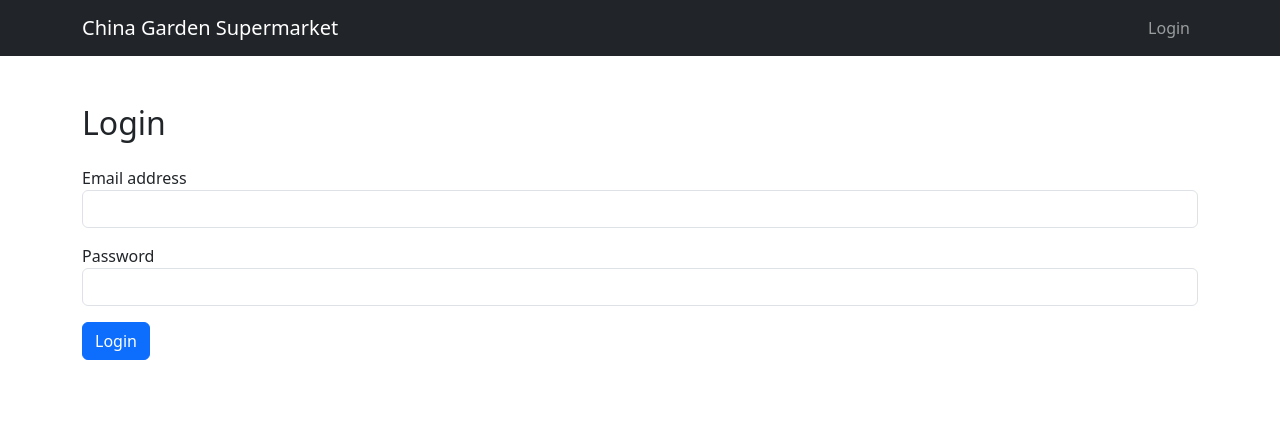
Repository: profbkmurage/soms
Page: /
These files come from the project's save history. The page is drawn as it stood at one moment and after a run of saves; the edit follows.
The browser window is 1280 px wide. The pictures show the whole page.
The page's requests for data from a server got no answer. The project was rebuilt for these pictures with package versions that can differ from the ones it lists, and the page was loaded fresh each time. No one was signed in, and anything a server would have sent is missing. Also part of the build but not shown: vite.config.js, src/components/CreateAccount.jsx, src/pages/settings.jsx, src/services/uploadImage.js, src/components/Product.jsx, src/components/AddStockModal.jsx, src/components/ProductCard.jsx, src/components/ProductList.jsx and 4 more.

Above is the page before, as saved 2025-07-31 14:23:13.

### index.html
<!doctype html>
<html lang="en">
  <head>
    <meta charset="UTF-8" />
    <link rel="icon" type="image/svg+xml" href="/vite.svg" />
    <meta name="viewport" content="width=device-width, initial-scale=1.0" />
    <title>Vite + React</title>
  </head>
  <body>
    <div id="root"></div>
    <script type="module" src="/src/main.jsx"></script>
    <script src="https://cdn.jsdelivr.net/npm/bootstrap@5.3.2/dist/js/bootstrap.bundle.min.js"></script>
  </body>
</html>

### src/main.jsx
import React from 'react'
import ReactDOM from 'react-dom/client'
import App from './App'
import { CartProvider } from './context/CartContext'
import { AuthProvider } from './context/AuthContext' //Import the context
import 'bootstrap/dist/css/bootstrap.min.css'

ReactDOM.createRoot(document.getElementById('root')).render(
  <React.StrictMode>
    <AuthProvider>
      {' '}
      {/*Wrap with AuthProvider */}
      <CartProvider>
        <App />
      </CartProvider>
    </AuthProvider>
  </React.StrictMode>
)

### src/App.jsx
// src/App.jsx
import React, { useEffect, useState } from 'react'
import { BrowserRouter as Router, Routes, Route } from 'react-router-dom'
import { collection, getDocs } from 'firebase/firestore'
import { db } from './firebase/config'

import Login from './pages/Login'
import CreateAccount from './components/CreateAccount'
import Settings from './pages/settings'

import { useAuth } from './context/AuthContext'
import Navbar from './components/Navbar'
import Product from './components/Product'
import ProductList from './components/ProductList'
import Cart from './components/Cart'
import RefundPage from './components/RefundMode'
import ProtectedRoute from './routes/ProtectedRoute'
import PrivateRouteForSuperAdmin from './components/PrivateRouteForSuperAdmin'

const App = () => {
  const [editMode, setEditMode] = useState(false)
  const [addStockMode, setAddStockMode] = useState(false)
  const [superAdmins, setSuperAdmins] = useState([])

  const { currentUser } = useAuth()

  useEffect(() => {
    const fetchSuperAdmins = async () => {
      try {
        const snapshot = await getDocs(collection(db, 'users'))
        const admins = snapshot.docs
          .map(doc => doc.data())
          .filter(user => user.role === 'superadmin')
          .map(user => user.email)
        setSuperAdmins(admins)
      } catch (err) {
        console.error('Error fetching superadmins:', err)
      }
    }

    fetchSuperAdmins()
  }, [])

  const isSuperadmin = currentUser && superAdmins.includes(currentUser.email)

  return (
    <Router>
      <Navbar
        editMode={editMode}
        addStockMode={addStockMode}
        onToggleEdit={() => setEditMode(prev => !prev)}
        onToggleAddStock={() => setAddStockMode(prev => !prev)}
        isSuperadmin={isSuperadmin}
      />

      <Routes>
        <Route
          path='/'
          element={
            <ProtectedRoute>
              <ProductList
                editMode={editMode}
                addStockMode={addStockMode}
                setEditMode={setEditMode}
                setAddStockMode={setAddStockMode}
              />
            </ProtectedRoute>
          }
        />

        <Route
          path='/create-account'
          element={
            <PrivateRouteForSuperAdmin>
              <CreateAccount />
            </PrivateRouteForSuperAdmin>
          }
        />

        <Route
          path='/settings'
          element={
            <PrivateRouteForSuperAdmin>
              <Settings />
            </PrivateRouteForSuperAdmin>
          }
        />

        <Route
          path='/New-Product'
          element={
            <ProtectedRoute>
              <Product />
            </ProtectedRoute>
          }
        />

        <Route
          path='/cart'
          element={
            <ProtectedRoute>
              <Cart />
            </ProtectedRoute>
          }
        />

        <Route
          path='/refund'
          element={
            <ProtectedRoute>
              <RefundPage />
            </ProtectedRoute>
          }
        />

        <Route path='/login' element={<Login />} />
      </Routes>
    </Router>
  )
}

export default App

### src/context/CartContext.jsx
import React, { createContext, useContext, useState, useEffect } from 'react'
import { onAuthStateChanged } from 'firebase/auth'
import { auth } from '../firebase/config'

const CartContext = createContext()

// eslint-disable-next-line react-refresh/only-export-components
export const useCart = () => useContext(CartContext)

export const CartProvider = ({ children }) => {
  const [cartItems, setCartItems] = useState([])

  const addToCart = (product, qty) => {
    const existing = cartItems.find(
      item => item.productId === product.productId
    )

    if (existing) {
      setCartItems(prev =>
        prev.map(item =>
          item.productId === product.productId
            ? { ...item, qty: item.qty + qty }
            : item
        )
      )
    } else {
      setCartItems(prev => [...prev, { ...product, qty }])
    }
  }

  const removeFromCart = productId => {
    setCartItems(prev => prev.filter(item => item.productId !== productId))
  }

  const clearCart = () => setCartItems([])

  // 🔄 Automatically clear cart when user logs out
  useEffect(() => {
    const unsubscribe = onAuthStateChanged(auth, user => {
      if (!user) {
        clearCart()
      }
    })

    return () => unsubscribe()
  }, [])

  return (
    <CartContext.Provider
      value={{ cartItems, addToCart, removeFromCart, clearCart }}
    >
      {children}
    </CartContext.Provider>
  )
}

### src/context/AuthContext.jsx
import React, { createContext, useContext, useEffect, useState } from 'react'
import {
  createUserWithEmailAndPassword,
  signInWithEmailAndPassword,
  signOut,
  onAuthStateChanged
} from 'firebase/auth'
import { auth } from '../firebase/config'

const AuthContext = createContext()

// eslint-disable-next-line react-refresh/only-export-components
export const useAuth = () => useContext(AuthContext)

export const AuthProvider = ({ children }) => {
  const [currentUser, setCurrentUser] = useState(null)
  const [loading, setLoading] = useState(true)

  // Monitor user login/logout state
  useEffect(() => {
    const unsubscribe = onAuthStateChanged(auth, user => {
      setCurrentUser(user)
      setLoading(false)
    })

    return () => unsubscribe()
  }, [])

  // Signup
  const signup = (email, password) =>
    createUserWithEmailAndPassword(auth, email, password)

  // Login
  const login = (email, password) =>
    signInWithEmailAndPassword(auth, email, password)

  // Logout
  const logout = () => signOut(auth)

  const value = {
    currentUser,
    signup,
    login,
    logout
  }

  return (
    <AuthContext.Provider value={value}>
      {!loading && children}
    </AuthContext.Provider>
  )
}

### src/firebase/config.js
// firebase/config.js
import { initializeApp } from 'firebase/app'
import { getFirestore } from 'firebase/firestore'
import { getAuth } from 'firebase/auth'
import { getStorage } from 'firebase/storage'

const firebaseConfig = {
  apiKey: import.meta.env.VITE_FIREBASE_API_KEY,
  authDomain: import.meta.env.VITE_FIREBASE_AUTH_DOMAIN,
  projectId: import.meta.env.VITE_FIREBASE_PROJECT_ID,
  storageBucket: import.meta.env.VITE_FIREBASE_STORAGE_BUCKET,
  messagingSenderId: import.meta.env.VITE_FIREBASE_MESSAGING_SENDER_ID,
  appId: import.meta.env.VITE_FIREBASE_APP_ID
}

const app = initializeApp(firebaseConfig)
const db = getFirestore(app)
const auth = getAuth(app)
const storage = getStorage(app)

export { db, auth, storage }

### src/pages/Login.jsx
import React, { useState } from 'react'
import { useNavigate } from 'react-router-dom'
import { useAuth } from '../context/AuthContext'

const Login = () => {
  const { login } = useAuth()
  const navigate = useNavigate()

  const [email, setEmail] = useState('')
  const [password, setPassword] = useState('')
  const [error, setError] = useState('')

  const handleSubmit = async e => {
    e.preventDefault()
    try {
      await login(email, password)
      navigate('/') // Redirect to homepage after login
    } catch (err) {
      setError('Invalid email or password.')
      alert(err)
    }
  }

  return (
    <div className='container mt-5'>
      <h2 className='mb-4'>Login</h2>
      {error && <div className='alert alert-danger'>{error}</div>}
      <form onSubmit={handleSubmit}>
        <div className='mb-3'>
          <label>Email address</label>
          <input
            type='email'
            className='form-control'
            value={email}
            onChange={e => setEmail(e.target.value)}
            required
          />
        </div>
        <div className='mb-3'>
          <label>Password</label>
          <input
            type='password'
            className='form-control'
            value={password}
            onChange={e => setPassword(e.target.value)}
            required
          />
        </div>
        <button type='submit' className='btn btn-primary'>
          Login
        </button>
      </form>
    </div>
  )
}

export default Login

### src/components/Navbar.jsx
import React, { useState } from 'react'
import { Link, useNavigate } from 'react-router-dom'
import { useAuth } from '../context/AuthContext'
import useSuperAdmin from '../services/useSuperAdmin'
import './Navbar.css' //  Import custom styles here

const Navbar = ({ editMode, addStockMode, onToggleEdit, onToggleAddStock }) => {
  const navigate = useNavigate()
  const { currentUser, logout } = useAuth()
  const { isSuperAdmin } = useSuperAdmin()

  const [isCollapsed, setIsCollapsed] = useState(true)
  const toggleNavbar = () => setIsCollapsed(!isCollapsed)

  return (
    <nav className='navbar navbar-expand-lg navbar-dark bg-dark'>
      <div className='container'>
        <Link className='navbar-brand' to='/'>
          China Garden Supermarket
        </Link>

        <button
          className='navbar-toggler'
          type='button'
          onClick={toggleNavbar}
          aria-controls='navbarNav'
          aria-expanded={!isCollapsed}
          aria-label='Toggle navigation'
        >
          <span className='navbar-toggler-icon'></span>
        </button>

        <div
          className={`collapse navbar-collapse ${!isCollapsed ? 'show' : ''}`}
          id='navbarNav'
        >
          <ul className='navbar-nav ms-auto'>
            {!currentUser && (
              <li className='nav-item nav-hover-1'>
                <Link className='nav-link' to='/login'>
                  Login
                </Link>
              </li>
            )}

            {currentUser && (
              <>
                {isSuperAdmin && (
                  <li className='nav-item nav-hover-2'>
                    <Link className='nav-link' to='/settings'>
                      Settings
                    </Link>
                  </li>
                )}

                <li className='nav-item nav-hover-3'>
                  <Link className='nav-link' to='/New-Product'>
                    New Product
                  </Link>
                </li>

                <li className='nav-item nav-hover-4'>
                  <span
                    className='nav-link'
                    role='button'
                    onClick={onToggleEdit}
                    style={{ cursor: 'pointer' }}
                  >
                    {editMode ? 'Exit Edit' : 'Edit Mode'}
                  </span>
                </li>

                <li className='nav-item nav-hover-5'>
                  <span
                    className='nav-link'
                    role='button'
                    onClick={onToggleAddStock}
                    style={{ cursor: 'pointer' }}
                  >
                    {addStockMode ? 'Exit Add Stock' : 'Add Stock'}
                  </span>
                </li>

                <li className='nav-item nav-hover-6'>
                  <Link className='nav-link' to='/cart'>
                    View Cart
                  </Link>
                </li>

                <li className='nav-item nav-hover-7'>
                  <span
                    className='nav-link'
                    role='button'
                    onClick={() => navigate('/refund')}
                    style={{ cursor: 'pointer' }}
                  >
                    Refund Mode
                  </span>
                </li>

                <li className='nav-item nav-hover-8'>
                  <span
                    className='nav-link'
                    role='button'
                    onClick={logout}
                    style={{ cursor: 'pointer' }}
                  >
                    Logout
                  </span>
                </li>
              </>
            )}
          </ul>
        </div>
      </div>
    </nav>
  )
}

export default Navbar

### src/routes/ProtectedRoute.jsx
import React from 'react'
import { Navigate } from 'react-router-dom'
import { useAuth } from '../context/AuthContext' // or adjust path based on where you placed it

const ProtectedRoute = ({ children }) => {
  const { currentUser } = useAuth()

  if (!currentUser) {
    // If not logged in, redirect to login page
    return <Navigate to='/login' replace />
  }

  // If logged in, allow access
  return children
}

export default ProtectedRoute

### src/services/useSuperAdmin.js
import { useEffect, useState } from 'react'
import { doc, getDoc } from 'firebase/firestore'
import { useAuth } from '../context/AuthContext'
import { db } from '../firebase/config'

const useSuperAdmin = () => {
  const { currentUser } = useAuth()
  const [isSuperAdmin, setIsSuperAdmin] = useState(false)
  const [loading, setLoading] = useState(true)

  useEffect(() => {
    const fetchUserRole = async () => {
      if (!currentUser) {
        setIsSuperAdmin(false)
        setLoading(false)
        return
      }

      const userRef = doc(db, 'users', currentUser.uid)
      const userSnap = await getDoc(userRef)

      if (userSnap.exists()) {
        setIsSuperAdmin(userSnap.data().role === 'superadmin')
      } else {
        setIsSuperAdmin(false)
      }

      setLoading(false)
    }

    fetchUserRole()
  }, [currentUser])

  return { isSuperAdmin, loading }
}

export default useSuperAdmin

### src/components/Navbar.css
/* Navbar.css – hover styles per <li> item */

.nav-hover-1:hover {
    background-color: #ffc107;
    /* yellow */
}

.nav-hover-1:hover .nav-link {
    color: #000 !important;
}

.nav-hover-2:hover {
    background-color: #17a2b8;
    /* cyan */
}

.nav-hover-2:hover .nav-link {
    color: #fff !important;
}

.nav-hover-3:hover {
    background-color: #28a745;
    /* green */
}

.nav-hover-3:hover .nav-link {
    color: #fff !important;
}

.nav-hover-4:hover {
    background-color: #6610f2;
    /* purple */
}

.nav-hover-4:hover .nav-link {
    color: #fff !important;
}

.nav-hover-5:hover {
    background-color: #fd7e14;
    /* orange */
}

.nav-hover-5:hover .nav-link {
    color: #000 !important;
}

.nav-hover-6:hover {
    background-color: #20c997;
    /* teal */
}

.nav-hover-6:hover .nav-link {
    color: #fff !important;
}

.nav-hover-7:hover {
    background-color: #dc3545;
    /* red */
}

.nav-hover-7:hover .nav-link {
    color: #fff !important;
}

.nav-hover-8:hover {
    background-color: #343a40;
    /* dark */
}

.nav-hover-8:hover .nav-link {
    color: #ffc107 !important;
    /* yellow text */
}

After the next 3 saves:
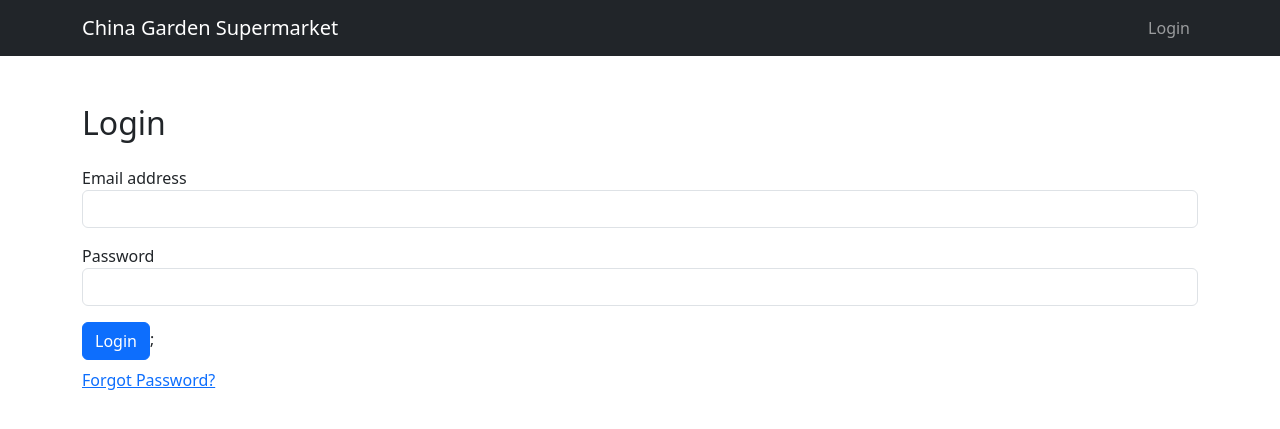
The 3 saves are shown as one change because they came seconds apart.
The last was saved 6 min 46 s later.
--- a/src/pages/Login.jsx
+++ b/src/pages/Login.jsx
@@ -49,6 +49,12 @@ const Login = () => {
         <button type='submit' className='btn btn-primary'>
           Login
         </button>
+        ;
+        <p className='mt-2'>
+          <a href='/reset-password' className='text-primary'>
+            Forgot Password?
+          </a>
+        </p>
       </form>
     </div>
   )
